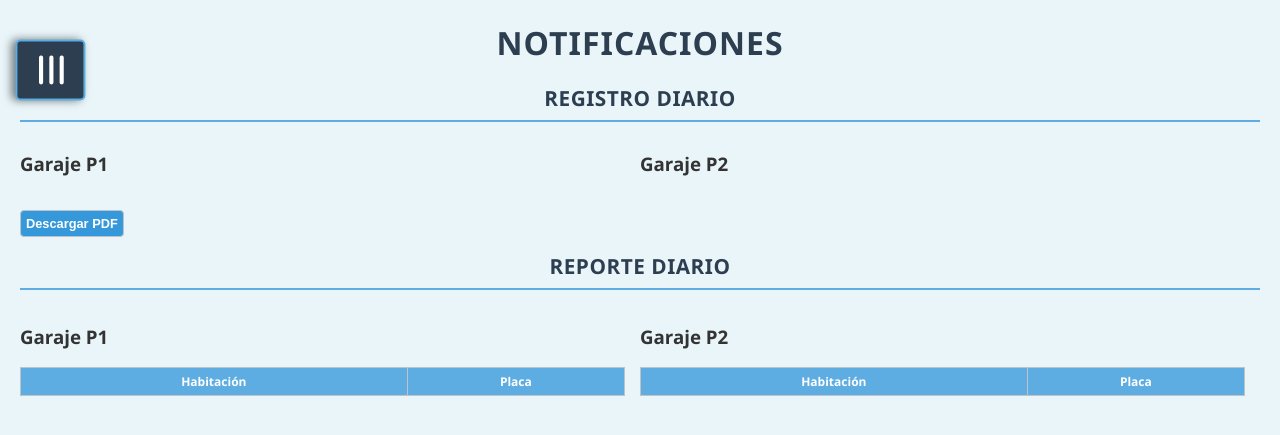
Repository: EddyWebz/base-datos
Page: privado/report.html
These files come from the project's save history. The page is drawn as it stood at one moment and after the next save; the edit follows.
The browser window is 1280 px wide. The pictures show the whole page.
After loading, the first visible `button.menu-icon` was clicked once.
The page's requests for data from a server got no answer.

Above is the page before, as saved 2024-08-29 20:04:35.

After the next save:
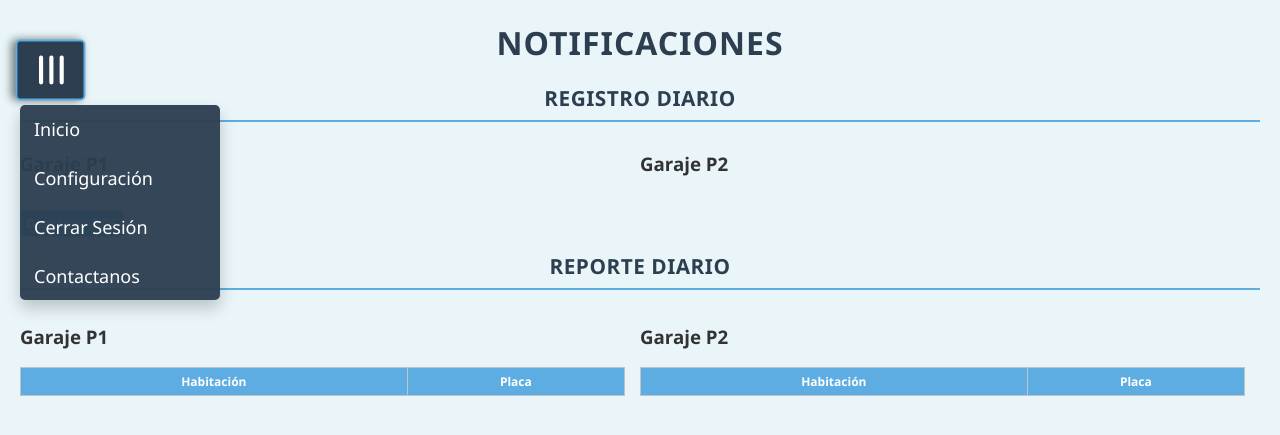
Saved 17 min 47 s later.
--- a/BASE-2/notif.css
+++ b/BASE-2/notif.css
@@ -182,19 +182,6 @@ button:hover {
     transform: rotate(0deg);
 }
 
-/* Aumentar tamaño en pantallas grandes */
-@media (min-width: 792px) {
-    .menu-icon {
-        padding: 14px;
-        font-size: 33px;
-    }
-
-    .dropdown-content a {
-        font-size: 18px; /* Aumentar tamaño del texto en pantallas grandes */
-        padding: 12px 14px; /* Aumentar padding para mayor espacio en el enlace */
-    }
-}
-
 .menu-icon:hover {
     background-color: #34495e;
     transform: scale(1.1);
@@ -217,24 +204,20 @@ button:hover {
     border-radius: 5px;
     z-index: 1001;
     opacity: 0;
-    transform: translateY(-20px);
-    transition: opacity 0.8s cubic-bezier(0.4, 0.0, 0.2, 1),
-                transform 0.8s cubic-bezier(0.4, 0.0, 0.2, 1);
-}
-
-.dropdown-content.show a {
+    transform: translateY(-10px); /* Ajuste para una transición suave */
+    transition: opacity 0.5s ease, transform 0.5s ease; /* Transición para la animación */
+}
+
+.dropdown-content.show {
+    display: block;
     opacity: 1;
-    transform: translateY(0);
-}
-
-.dropdown-content.hide a {
+    transform: translateY(0); /* Desplazamiento suave hacia abajo */
+}
+
+.dropdown-content.hide {
     opacity: 0;
-    transform: translateY(-20px);
-}
-
-/* Al finalizar la animación, ocultar el menú */
-.dropdown-content.hide {
-    display: none;
+    transform: translateY(-10px); /* Suave desplazamiento hacia arriba al ocultar */
+    transition: opacity 0.5s ease, transform 0.5s ease; /* Transición para la animación */
 }
 
 .dropdown-content a {
@@ -252,6 +235,24 @@ button:hover {
 
 .dropdown-content a:hover {
     background-color: #5dade2;
+}
+
+/* Aumentar tamaño en pantallas grandes */
+@media (min-width: 792px) {
+    .menu-icon {
+        padding: 14px;
+        font-size: 33px;
+    }
+
+    .dropdown-content {
+        min-width: 200px; /* Aumentar el ancho del menú desplegable en pantallas grandes */
+        font-size: 18px; /* Aumentar el tamaño del texto en pantallas grandes */
+    }
+
+    .dropdown-content a {
+        font-size: 18px; /* Aumentar tamaño del texto de los enlaces */
+        padding: 12px 14px; /* Aumentar padding para mayor espacio en el enlace */
+    }
 }
 
 /* Animaciones */
